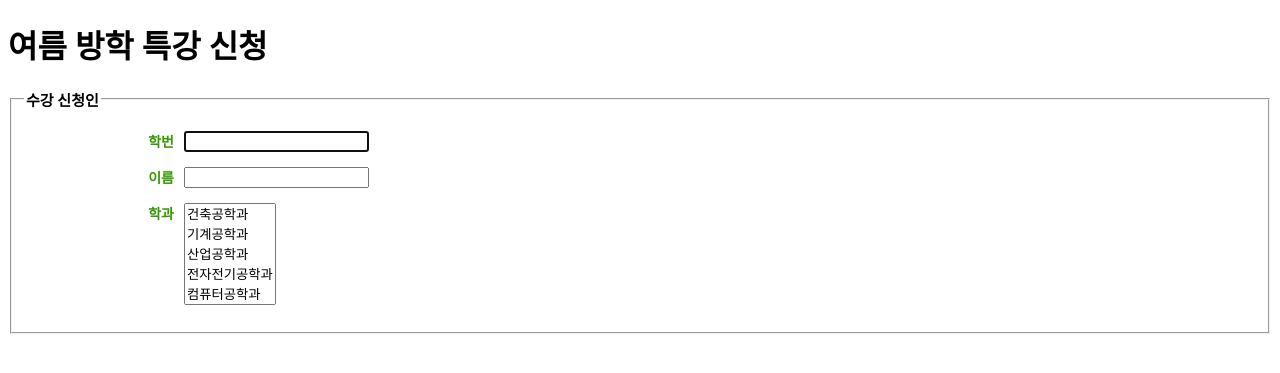
Repository: ygs3004/StudyHTML_CSS
Page: web project 01/src/main/webapp/chapter05/exam05_17.html
An editor plug-in stored every save of this project. The page is shown before and after the next save, followed by the edit.
The browser window is 1280 px wide. The pictures show the whole page.

Above is the page before, as saved 2022-08-09 01:25:11.

### web project 01/src/main/webapp/chapter05/exam05_17.html
<!DOCTYPE html>
<html>
<head>
<meta charset="UTF-8">
<title>Insert title here</title>
<style type="text/css">
	body{
		background-color:#fff;
	}

	form fieldset{
		margin-bottom:25px;
	}

	form legend{
		font-size:15px;
		font-weight:600;
	}

	.reg{
		font-size:14px;
		width:110px;
		color:#390;
		font-weight:bold;
		float:left;
		text-align:right;
		margin-right:10px;
	}

	form ul li{
		list-style:none;
		margin:15px 0;
		font-size:14px;
	}
</style>
</head>
<body>
<h1>여름 방학 특강 신청</h1>
<form action = "">
	<fieldset>
		<legend>수강 신청인</legend>
		<ul>
			<li>
				<label class="reg" for="id">학번</label>
				<input type="text" id="id" autofocus>
			</li>
			<li>
				<label class="reg" for="name">이름</label>
				<input type="text" id="name">
			</li>
			<li>
				<label class="reg" for="class">학과</label>
				<select size="5" id="class" multiple>
					<option value="archi">건축공학과</option>
					<option value="mechanic">기계공학과</option>
					<option value="indust">산업공학과</option>
					<option value="elec">전자전기공학과</option>
					<option value="computer">컴퓨터공학과</option>
					<option value="chemical">화학공학과</option>
				</select>
			</li>
		</ul>
	</fieldset>
</form>
</body>
</html>

After the next save:
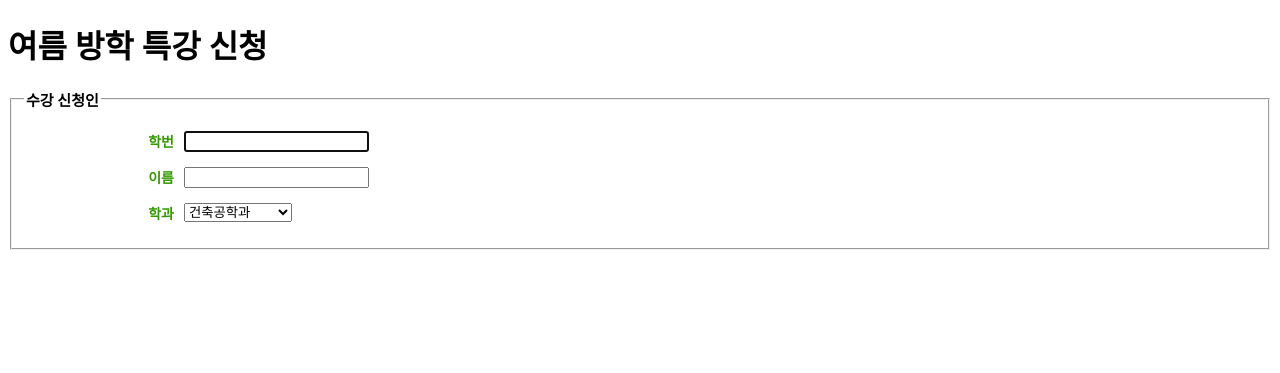
Saved 2 min 46 s later.
--- a/web project 01/src/main/webapp/chapter05/exam05_17.html
+++ b/web project 01/src/main/webapp/chapter05/exam05_17.html
@@ -50,7 +50,7 @@
 			</li>
 			<li>
 				<label class="reg" for="class">학과</label>
-				<select size="5" id="class" multiple>
+				<select id="class">
 					<option value="archi">건축공학과</option>
 					<option value="mechanic">기계공학과</option>
 					<option value="indust">산업공학과</option>
